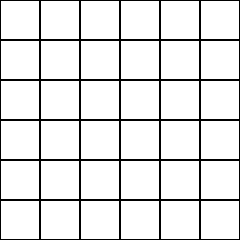
Repository: isabelcuddihy/decodeknight
Script's output: python knightstouragent.py
An editor plug-in stored every save of this project. The script's output is shown before and after a run of saves, followed by the edit.
The window is shown after at most 60 frames with no key pressed. Random numbers start from a fixed seed.

Above is the script's output before, as saved 2026-03-25 12:18:39.

After the next 2 saves:
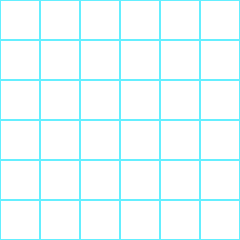
The 2 saves are shown as one change because 1 did not build or start.
The last was saved 13 min 9 s later.
--- a/knightstouragent.py
+++ b/knightstouragent.py
@@ -14,10 +14,12 @@ class Chessboard:
         self.placedKnights = [] # List to track prev ious knight positions in order (position, move number)
         self.obstacle_boxes = obstacle_boxes
 
-        #Design choices for colors for GUI
-        self.black = (0, 0, 0)
+        #Design choices for numbers and colors for GUI
+        self.blue = (100, 239, 255)
         self.white = (255, 255, 255)
-        self.status = ["#FFFFFF", "#000000"]  # empty, visited
+        self.status = ["#FFFFFF", "#64EFFF"]  # empty, visited
+        pygame.font.init()
+        self.font = pygame.font.SysFont(None, 24)
 
         # Shape definitions represented by arrays
         self.moves = [ (1, -2), # 2 left 1 up
@@ -38,6 +40,7 @@ class Chessboard:
         self.currentKnightPos = [0, 0]
         self.moveChoice = 0 # Index to track the current move choice from self.moves
         self.done = False
+
 
         # Initialize grid with random obstacles - In Progress
         # self._addRandomColoredBoxes(self.grid, num_colored_boxes)
@@ -118,7 +121,7 @@ class Chessboard:
         for x in range(0, self.screenSize, self.cellSize):
             for y in range(0, self.screenSize, self.cellSize):
                 rect = pygame.Rect(x, y, self.cellSize, self.cellSize)
-                pygame.draw.rect(screen, self.black, rect, 1)
+                pygame.draw.rect(screen, self.blue, rect, 1)
 
     def _placeKnight(self, grid, pos):
         grid[pos[0]][pos[1]] = 1
